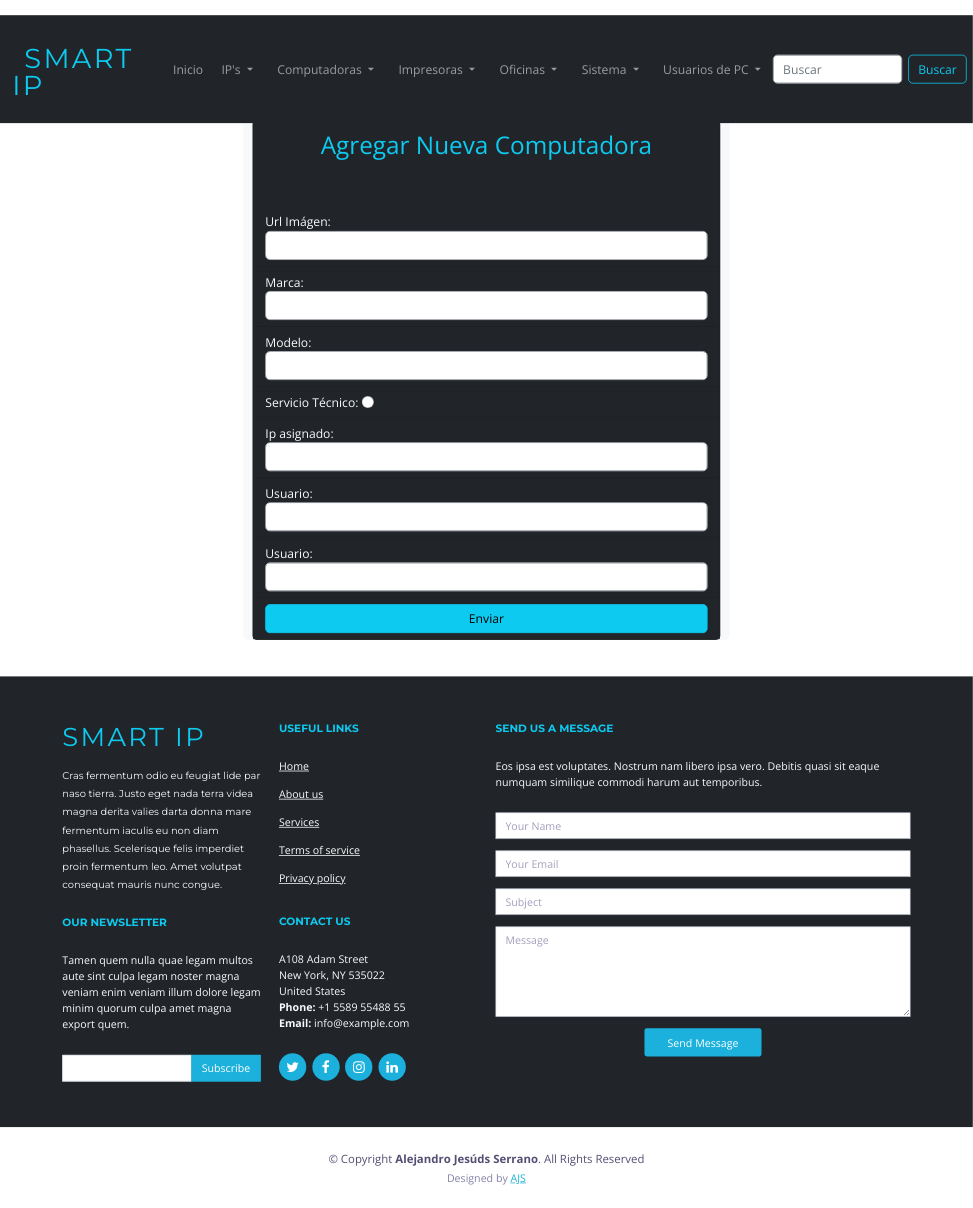
Repository: AlejandroJesusSerrano/SmartIPs
Page: smartip/smartipnav/templates/smartipnav/printer_form.html
These files come from the project's save history. The page is drawn as it stood at one moment and after the next save; the edit follows.
The browser window is 1280 px wide. The pictures show the whole page, at 76% of full size.
The page is served by the project's application, run on Django 4.2 (smartip/manage.py). Other server files are loaded and not shown. The template is opened directly, without the code that normally fills it, so the values that code supplies are empty.

Above is the page before, as saved 2022-11-14 12:33:32.

### smartip/smartipnav/templates/smartipnav/printer_form.html
{% extends 'smartipnav/base.html' %}

{% block content %}
<section>
    <div class="container col-lg-6 bg-light rounded">
        <div class="card mx-auto mt-5 bg-dark style="width: 20rem;">
            <div class="card-header bg-dark text-info mx-auto">
              <p class="fs-2 my-0">Agregar Nueva Computadora</p>
            </div>
            <form id=printer_add_form action="" method="post" class="mt-5">
                {% csrf_token %}
                <ul class="list-group list-group-flush mt-0">
                    <li class="list-group-item bg-dark">
                        <label class="form-control-label text-light" for="printer_image">Url Imágen: </label>
                        <input class="form-control" type="url" name="printer_image" id="printer_image">
                    </li>
                    <li class="list-group-item bg-dark">
                        <label class="form-control-label text-light mt-0" for="printer_brand">Marca: </label>
                        <input class="form-control" type="text" name="printer_brand" id="printer_brand">
                    </li>
                    <li class="list-group-item bg-dark">
                        <label class="form-control-label text-light" for="printer_model">Modelo: </label>
                        <input class="form-control" type="text" name="printer_model" id="printer_model">
                    </li>
                    <li class="list-group-item bg-dark">
                        <label class="form-check-label text-light" for="flexRadioDefault1">
                            Servicio Técnico:
                        </label>
                        <input class="form-check-input" type="radio" name="flexRadioDefault" id="flexRadioDefault1">
                    </li>
                    <li class="list-group-item bg-dark">
                        <label class="form-control-label text-light" for="printer_ip">Ip asignado: </label>
                        <input class="form-control" type="text" name="printer_ip" id="printer_ip">
                    </li>
                    <li class="list-group-item bg-dark">
                        <label class="form-control-label text-light" for="cumputer_user">Usuario: </label>
                        <input class="form-control" type="text" namr="cumputer_user" id="cumputer_user">
                    </li>
                    <li class="list-group-item bg-dark">
                        <label class="form-control-label text-light" for="cumputer_office">Usuario: </label>
                        <input class="form-control" type="text" namr="cumputer_office" id="cumputer_office">
                    </li>
                    <li class="list-group-item bg-dark px-auto">
                        <button type="submit" class="btn btn-info row mx-auto w-100">Enviar</button>
                    </li>
                  </ul>
            </form>
        </div>
    </div>
</section>
{% endblock %}

### smartip/smartipnav/templates/smartipnav/base.html
<!DOCTYPE html>
<html lang="en">
<head>

  {% load static %}
  <meta charset="utf-8">
  <title>Smart IP</title>
  <meta content="width=device-width, initial-scale=1.0" name="viewport">
  <meta content="" name="keywords">
  <meta content="" name="description">

  <!-- Favicons -->
  <link href="{% static 'smartipnav/img/favicon.png' %}" rel="icon">
  <link href="{% static 'smartipnav/img/apple-touch-icon.png' %}" rel="apple-touch-icon">

  <!-- Google Fonts -->
  <link href="https://fonts.googleapis.com/css?family=Open+Sans:300,300i,400,400i,500,600,700,700i|Montserrat:300,400,500,600,700" rel="stylesheet">

  <!-- Bootstrap CSS File -->
  <link href="https://cdn.jsdelivr.net/npm/bootstrap@5.2.2/dist/css/bootstrap.min.css" rel="stylesheet" integrity="sha384-Zenh87qX5JnK2Jl0vWa8Ck2rdkQ2Bzep5IDxbcnCeuOxjzrPF/et3URy9Bv1WTRi" crossorigin="anonymous">

  <!-- Libraries CSS Files -->
  <link href="{% static 'smartipnav/lib/font-awesome/css/font-awesome.min.css' %}" rel="stylesheet">
  <link href="{% static 'smartipnav/lib/animate/animate.min.css' %}" rel="stylesheet">
  <link href="{% static 'smartipnav/lib/ionicons/css/ionicons.min.css' %}" rel="stylesheet">
  <link href="{% static 'smartipnav/lib/owlcarousel/assets/owl.carousel.min.css' %}" rel="stylesheet">
  <link href="{% static 'smartipnav/lib/lightbox/css/lightbox.min.css' %}" rel="stylesheet">

  <!-- Main Stylesheet File -->
  <link href="{% static 'smartipnav/css/style.css' %}" rel="stylesheet">

  <!-- =======================================================
    Theme Name: Rapid
    Theme URL: https://bootstrapmade.com/rapid-multipurpose-bootstrap-business-template/
    Author: BootstrapMade.com
    License: https://bootstrapmade.com/license/
  ======================================================= -->
</head>

<body>
  <!--==========================
  Header
  ============================-->
  <header id="header">
    <nav class="navbar navbar-expand-lg navbar-dark bg-dark mb-5">
      <a class="navbar-brand" href="index">
        <div class="logo mb-4">
          <!-- Uncomment below if you prefer to use an image logo -->
          <h1 class="text-bg-dark mx-auto"><a href="index"><span class= "text-info">Smart IP</span></a></h1>
          <!-- <a href="#header" class="scrollto"><img src="img/logo.png" alt="" class="img-fluid"></a> -->
        </div>
      </a>
      <button class="navbar-toggler" type="button" data-bs-toggle="collapse" data-bs-target="#navbarSupportedContent" aria-controls="navbarSupportedContent" aria-expanded="false" aria-label="Toggle navigation">
        <span class="navbar-toggler-icon"></span>
      </button>
      <div class="collapse navbar-collapse" id="navbarSupportedContent">
        <ul class="navbar-nav ms-auto mb-2 mb-lg-0">
          <li class="nav-item">
            <a class="nav-link mt-2 {% block indexactive %} {% endblock %}" aria-current="page" href="{% url 'Inicio' %}">
              Inicio
            </a>
          </li>
          <li class="nav-link {% block ipactive %} {% endblock %} dropdown">
            <a class="nav-link dropdown-toggle" href="#" id="navbarDropdown" role="button" data-bs-toggle="dropdown" aria-expanded="false">
              IP's
            </a>
            <ul class="dropdown-menu" aria-labelledby="navbarDropdown">
              <li><a class="dropdown-item" href="{% url 'AddIp' %}">Registrar Nuevo IP</a></li>
              <li><a class="dropdown-item" href="{% url 'Ip' %}">Listar Direcciones IP</a></li>
            </ul>
          </li>
          <li class="nav-link {% block computeractive %} {% endblock %} dropdown">
            <a class="nav-link dropdown-toggle" href="#" id="navbarDropdown" role="button" data-bs-toggle="dropdown" aria-expanded="false">
              Computadoras
            </a>
            <ul class="dropdown-menu" aria-labelledby="navbarDropdown">
              <li><a class="dropdown-item" href="{% url 'AddComputer' %}">Registrar Nueva Computadora</a></li>
              <li><a class="dropdown-item" href="{% url 'Computers' %}">Listar Computadoras</a></li>
            </ul>
          </li>
          <li class="nav-link {% block printeractive %} {% endblock %} dropdown">
            <a class="nav-link dropdown-toggle" href="#" id="navbarDropdown" role="button" data-bs-toggle="dropdown" aria-expanded="false">
              Impresoras
            </a>
            <ul class="dropdown-menu" aria-labelledby="navbarDropdown">
              <li><a class="dropdown-item" href="{% url 'AddPrinter' %}">Registrar Nueva Impresora</a></li>
              <li><a class="dropdown-item" href="{% url 'Printers' %}">Listar Impresoras</a></li>
            </ul>
          </li>
          <li class="nav-link {% block officeactive %} {% endblock %} dropdown">
            <a class="nav-link dropdown-toggle" href="#" id="navbarDropdown" role="button" data-bs-toggle="dropdown" aria-expanded="false">
              Oficinas
            </a>
            <ul class="dropdown-menu" aria-labelledby="navbarDropdown">
              <li><a class="dropdown-item" href="{% url 'AddOffice' %}">Registrar Nueva Oficina</a></li>
              <li><a class="dropdown-item" href="{% url 'Offices' %}">Listar Oficinas</a></li>
            </ul>
          </li>
          <li class="nav-link {% block usersactive %} {% endblock %} dropdown">
            <a class="nav-link dropdown-toggle" href="#" id="navbarDropdown" role="button" data-bs-toggle="dropdown" aria-expanded="false">
              Sistema
            </a>
            <ul class="dropdown-menu" aria-labelledby="navbarDropdown">
              <li><a class="dropdown-item" href="{% url 'AddUser' %}">Registrar Nuevo Usuario</a></li>
              <li><a class="dropdown-item" href="{% url 'Users' %}">Usuarios Registrados</a></li>
            </ul>
          </li>
          <li class="nav-link {% block userspcactive %} {% endblock %} dropdown">
            <a class="nav-link dropdown-toggle" href="#" id="navbarDropdown" role="button" data-bs-toggle="dropdown" aria-expanded="false">
              Usuarios de PC
            </a>
            <ul class="dropdown-menu" aria-labelledby="navbarDropdown">
              <li><a class="dropdown-item" href="{% url 'AddIp' %}">Nuevo Usuario de PC</a></li>
              <li><a class="dropdown-item" href="{% url 'Ip' %}">Listar Usuarios de PC</a></li>
            </ul>
          </li>
        </ul>
        <form class="d-flex" role="search">
          <input class="form-control me-2" type="search" placeholder="Buscar" aria-label="Buscar">
          <button class="btn btn-outline-info me-2" type="submit">Buscar</button>
        </form>
      </div>
    </nav>
  </header><!-- #header -->


    {% block content %}

    {% endblock %}



  <!--==========================
    Footer
  ============================-->
  <footer id="footer" class="section-bg">
    <div class="mt-5 footer-top bg-dark">
      <div class="container bg-dark">

        <div class="row">

          <div class="col-lg-6">

            <div class="row">

                <div class="col-sm-6">

                  <div class="footer-info">
                    <h3 class="text-info">Smart Ip</h3>
                    <p class="text-light">Cras fermentum odio eu feugiat lide par naso tierra. Justo eget nada terra videa magna derita valies darta donna mare fermentum iaculis eu non diam phasellus. Scelerisque felis imperdiet proin fermentum leo. Amet volutpat consequat mauris nunc congue.</p>
                  </div>

                  <div class="footer-newsletter">
                    <h4 class="text-info">Our Newsletter</h4>
                    <p class="text-light">Tamen quem nulla quae legam multos aute sint culpa legam noster magna veniam enim veniam illum dolore legam minim quorum culpa amet magna export quem.</p>
                    <form action="" method="post">
                      <input type="email" name="email"><input type="submit"  value="Subscribe">
                    </form>
                  </div>

                </div>

                <div class="col-sm-6">
                  <div class="footer-links">
                    <h4 class="text-info">Useful Links</h4>
                    <ul>
                      <li><a class="text-light" href="#">Home</a></li>
                      <li><a class="text-light" href="#">About us</a></li>
                      <li><a class="text-light" href="#">Services</a></li>
                      <li><a class="text-light" href="#">Terms of service</a></li>
                      <li><a class="text-light" href="#">Privacy policy</a></li>
                    </ul>
                  </div>

                  <div class="footer-links">
                    <h4 class="text-info">Contact Us</h4>
                    <p class="text-light">
                      A108 Adam Street <br>
                      New York, NY 535022<br>
                      United States <br>
                      <strong>Phone:</strong> +1 5589 55488 55<br>
                      <strong>Email:</strong> info@example.com<br>
                    </p>
                  </div>

                  <div class="social-links">
                    <a href="#" class="twitter"><i class="fa fa-twitter"></i></a>
                    <a href="#" class="facebook"><i class="fa fa-facebook"></i></a>
                    <a href="#" class="instagram"><i class="fa fa-instagram"></i></a>
                    <a href="#" class="linkedin"><i class="fa fa-linkedin"></i></a>
                  </div>

                </div>

            </div>

          </div>

          <div class="col-lg-6">

            <div class="form">

              <h4 class="text-info">Send us a message</h4>
              <p class= "text-light">Eos ipsa est voluptates. Nostrum nam libero ipsa vero. Debitis quasi sit eaque numquam similique commodi harum aut temporibus.</p>
              <form action="" method="post" role="form" class="contactForm">
                <div class="form-group">
                  <input type="text" name="name" class="form-control" id="name" placeholder="Your Name" data-rule="minlen:4" data-msg="Please enter at least 4 chars" />
                  <div class="validation"></div>
                </div>
                <div class="form-group">
                  <input type="email" class="form-control" name="email" id="email" placeholder="Your Email" data-rule="email" data-msg="Please enter a valid email" />
                  <div class="validation"></div>
                </div>
                <div class="form-group">
                  <input type="text" class="form-control" name="subject" id="subject" placeholder="Subject" data-rule="minlen:4" data-msg="Please enter at least 8 chars of subject" />
                  <div class="validation"></div>
                </div>
                <div class="form-group">
                  <textarea class="form-control" name="message" rows="5" data-rule="required" data-msg="Please write something for us" placeholder="Message"></textarea>
                  <div class="validation"></div>
                </div>

                <div id="sendmessage">Your message has been sent. Thank you!</div>
                <div id="errormessage"></div>

                <div class="text-center"><button type="submit" title="Send Message">Send Message</button></div>
              </form>
            </div>

          </div>



        </div>

      </div>
    </div>

    <div class="container">
      <div class="copyright">
        &copy; Copyright <strong>Alejandro Jesúds Serrano</strong>. All Rights Reserved
      </div>
      <div class="credits">
        <!--
          All the links in the footer should remain intact.
          You can delete the links only if you purchased the pro version.
          Licensing information: https://bootstrapmade.com/license/
          Purchase the pro version with working PHP/AJAX contact form: https://bootstrapmade.com/buy/?theme=Rapid
        -->
        Designed by <a href="https://AJS.com/">AJS</a>
      </div>
    </div>
  </footer><!-- #footer -->

  <a href="#" class="back-to-top"><i class="fa fa-chevron-up"></i></a>
  <!-- Uncomment below i you want to use a preloader -->
  <!-- <div id="preloader"></div> -->

  <!-- JavaScript Libraries -->
  <script src="{% static 'smartipnav/lib/jquery/jquery.min.js' %}"></script>
  <script src="{% static 'smartipnav/lib/jquery/jquery-migrate.min.js' %}"></script>
  <script src="https://cdn.jsdelivr.net/npm/bootstrap@5.2.2/dist/js/bootstrap.bundle.min.js" integrity="sha384-OERcA2EqjJCMA+/3y+gxIOqMEjwtxJY7qPCqsdltbNJuaOe923+mo//f6V8Qbsw3" crossorigin="anonymous"></script>
  <script src="{% static 'smartipnav/lib/easing/easing.min.js' %}"></script>
  <script src="{% static 'smartipnav/lib/mobile-nav/mobile-nav.js' %}"></script>
  <script src="{% static 'smartipnav/lib/wow/wow.min.js' %}"></script>
  <script src="{% static 'smartipnav/lib/waypoints/waypoints.min.js' %}"></script>
  <script src="{% static 'smartipnav/lib/counterup/counterup.min.js' %}"></script>
  <script src="{% static 'smartipnav/lib/owlcarousel/owl.carousel.min.js' %}"></script>
  <script src="{% static 'smartipnav/lib/isotope/isotope.pkgd.min.js' %}"></script>
  <script src="{% static 'smartipnav/lib/lightbox/js/lightbox.min.js' %}"></script>
  <!-- Contact Form JavaScript File -->
  <script src="{% static 'smartipnav/contactform/contactform.js' %}"></script>

  <!-- Template Main Javascript File -->
  <script src="{% static 'smartipnav/js/main.js' %}"></script>

</body>
</html>

### smartip/smartip/urls.py
"""smartip URL Configuration

The `urlpatterns` list routes URLs to views. For more information please see:
    https://docs.djangoproject.com/en/4.1/topics/http/urls/
Examples:
Function views
    1. Add an import:  from my_app import views
    2. Add a URL to urlpatterns:  path('', views.home, name='home')
Class-based views
    1. Add an import:  from other_app.views import Home
    2. Add a URL to urlpatterns:  path('', Home.as_view(), name='home')
Including another URLconf
    1. Import the include() function: from django.urls import include, path
    2. Add a URL to urlpatterns:  path('blog/', include('blog.urls'))
"""
from django.contrib import admin
from django.urls import path

urlpatterns = [
    path('admin/', admin.site.urls),
]

Loaded but not shown: smartip/smartipnav/static/smartipnav/lib/font-awesome/css/font-awesome.min.css (library); smartip/smartipnav/static/smartipnav/lib/animate/animate.min.css (library); smartip/smartipnav/static/smartipnav/lib/ionicons/css/ionicons.min.css (library); smartip/smartipnav/static/smartipnav/lib/owlcarousel/assets/owl.carousel.min.css (library); smartip/smartipnav/static/smartipnav/lib/lightbox/css/lightbox.min.css (common file); smartip/smartipnav/static/smartipnav/lib/jquery/jquery.min.js (library); smartip/smartipnav/static/smartipnav/lib/jquery/jquery-migrate.min.js (library); smartip/smartipnav/static/smartipnav/lib/easing/easing.min.js (common file); smartip/smartipnav/static/smartipnav/lib/mobile-nav/mobile-nav.js (common file); smartip/smartipnav/static/smartipnav/lib/wow/wow.min.js (library); smartip/smartipnav/static/smartipnav/lib/waypoints/waypoints.min.js (library); smartip/smartipnav/static/smartipnav/lib/counterup/counterup.min.js (common file); smartip/smartipnav/static/smartipnav/lib/owlcarousel/owl.carousel.min.js (library); smartip/smartipnav/static/smartipnav/lib/isotope/isotope.pkgd.min.js (library); smartip/smartipnav/static/smartipnav/lib/lightbox/js/lightbox.min.js (library); smartip/smartipnav/static/smartipnav/js/main.js (131 lines, source omitted); smartip/smartipnav/static/smartipnav/contactform/contactform.js (118 lines, source omitted); smartip/smartipnav/static/smartipnav/css/style.css (1573 lines, source omitted)

After the next save:
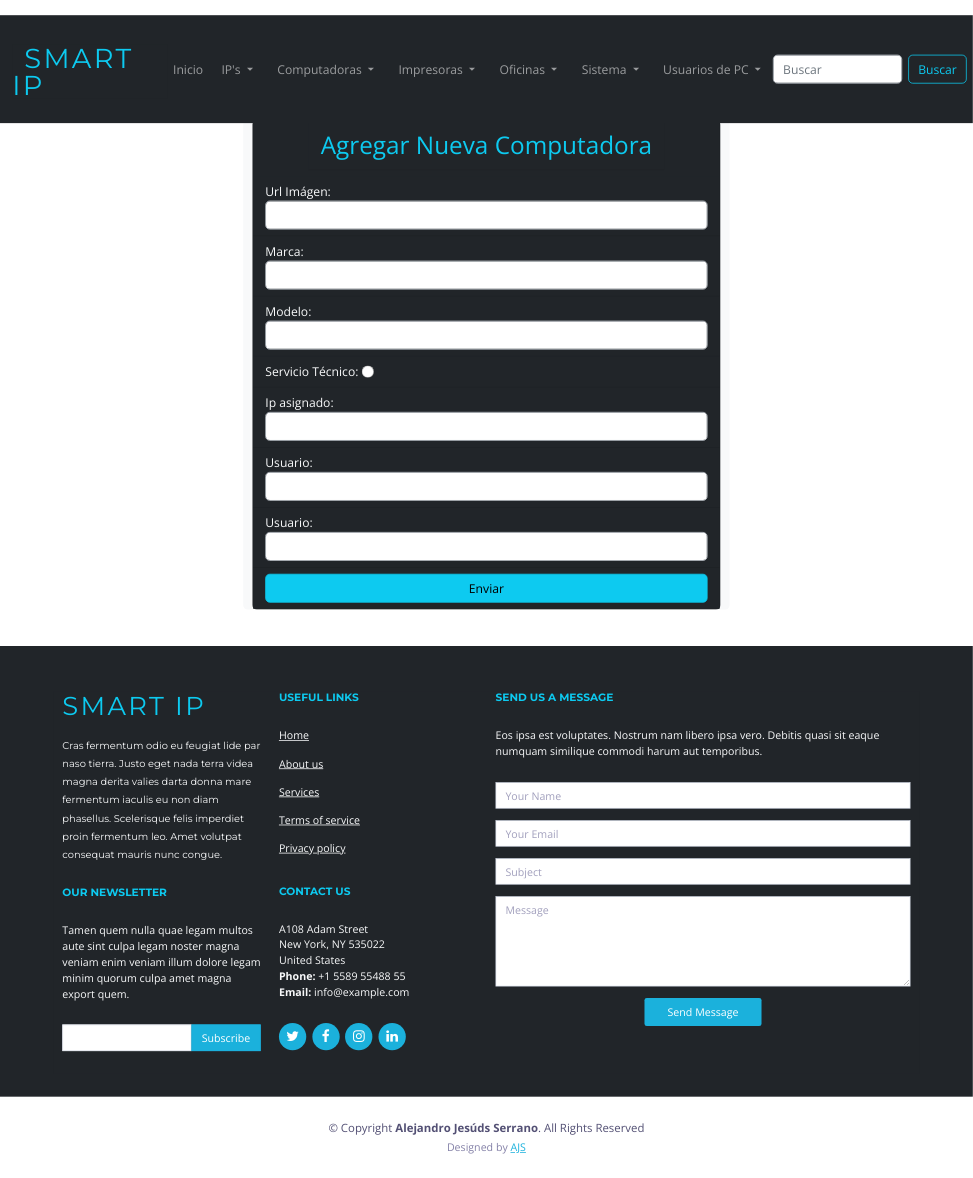
Saved 52 s later.
--- a/smartip/smartipnav/templates/smartipnav/printer_form.html
+++ b/smartip/smartipnav/templates/smartipnav/printer_form.html
@@ -7,7 +7,7 @@
             <div class="card-header bg-dark text-info mx-auto">
               <p class="fs-2 my-0">Agregar Nueva Computadora</p>
             </div>
-            <form id=printer_add_form action="" method="post" class="mt-5">
+            <form id=printer_add_form action="" method="post" class="mt-2">
                 {% csrf_token %}
                 <ul class="list-group list-group-flush mt-0">
                     <li class="list-group-item bg-dark">
